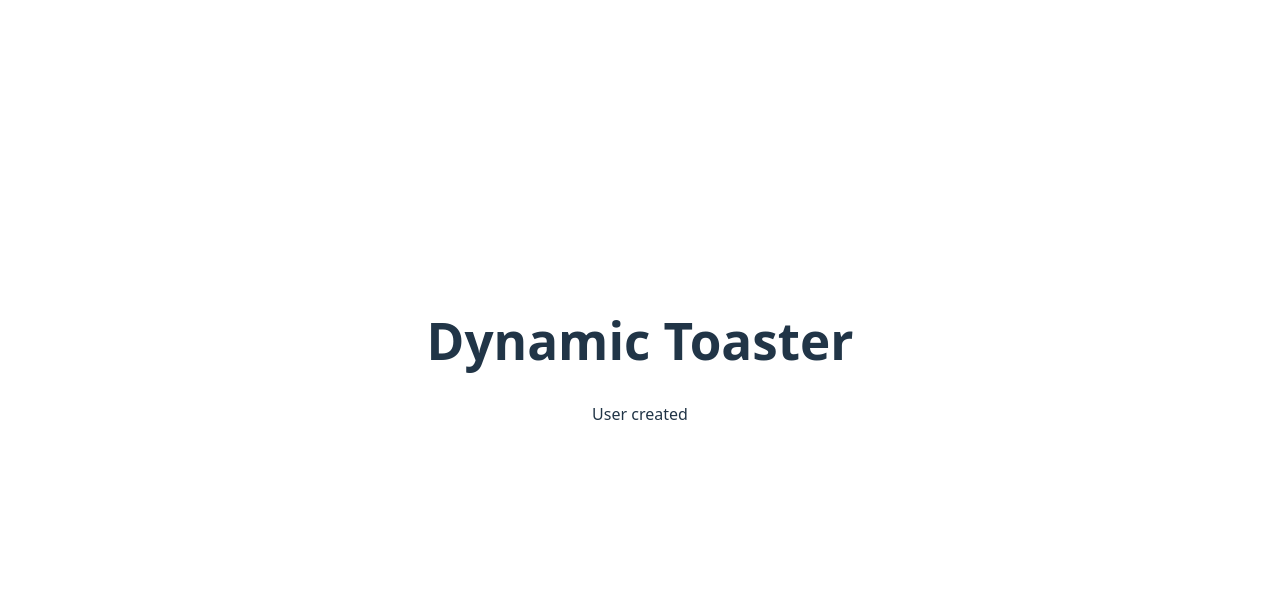
Repository: Janum4444/React-learning
Page: /
An editor plug-in stored every save of this project. The page is shown before and after the next save, followed by the edit.
The browser window is 1280 px wide. The pictures show the whole page.
The project was rebuilt for these pictures with package versions that can differ from the ones it lists, and the page was loaded fresh each time. Also part of the build but not shown: vite.config.js, src/Hello.jsx, src/UserProfile.jsx.

Above is the page before, as saved 2026-02-22 12:21:29.

### src/App.jsx

import './App.css'
import { DynamicToaster } from './DynamicToaster.jsx'
import { Hello } from './Hello.jsx'
import {UserProfile, CustomComponent} from './UserProfile.jsx'

function App() {

  return (
    <>
      <div>
        {/* <h1> Hello world</h1>
        <UserProfile />
        <CustomComponent />
        <Hello />   */}
        <DynamicToaster message="User created successfully!" />
      </div>
    </>
  )
}

export default App

### src/DynamicToaster.jsx
export const DynamicToaster = () => {
    return (
        <div>
            <h1> Dynamic Toaster </h1>
            <p>User created </p>
        </div>
    )
}

Loaded but not shown: src/main.jsx (common file); src/index.css (common file); src/App.css (common file)

After the next save:
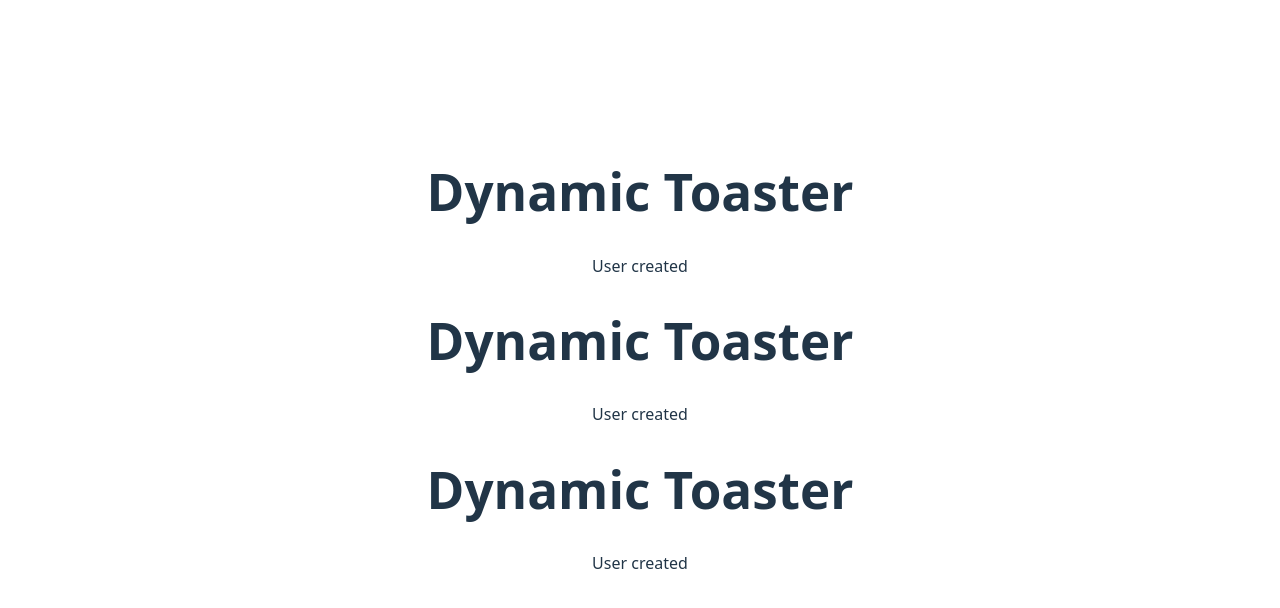
Saved 15 s later.
--- a/src/App.jsx
+++ b/src/App.jsx
@@ -14,6 +14,11 @@ function App() {
         <CustomComponent />
         <Hello />   */}
         <DynamicToaster message="User created successfully!" />
+        <DynamicToaster message="Company created successfully!" />
+
+        <DynamicToaster message="Role created successfully!" />
+
+
       </div>
     </>
   )
